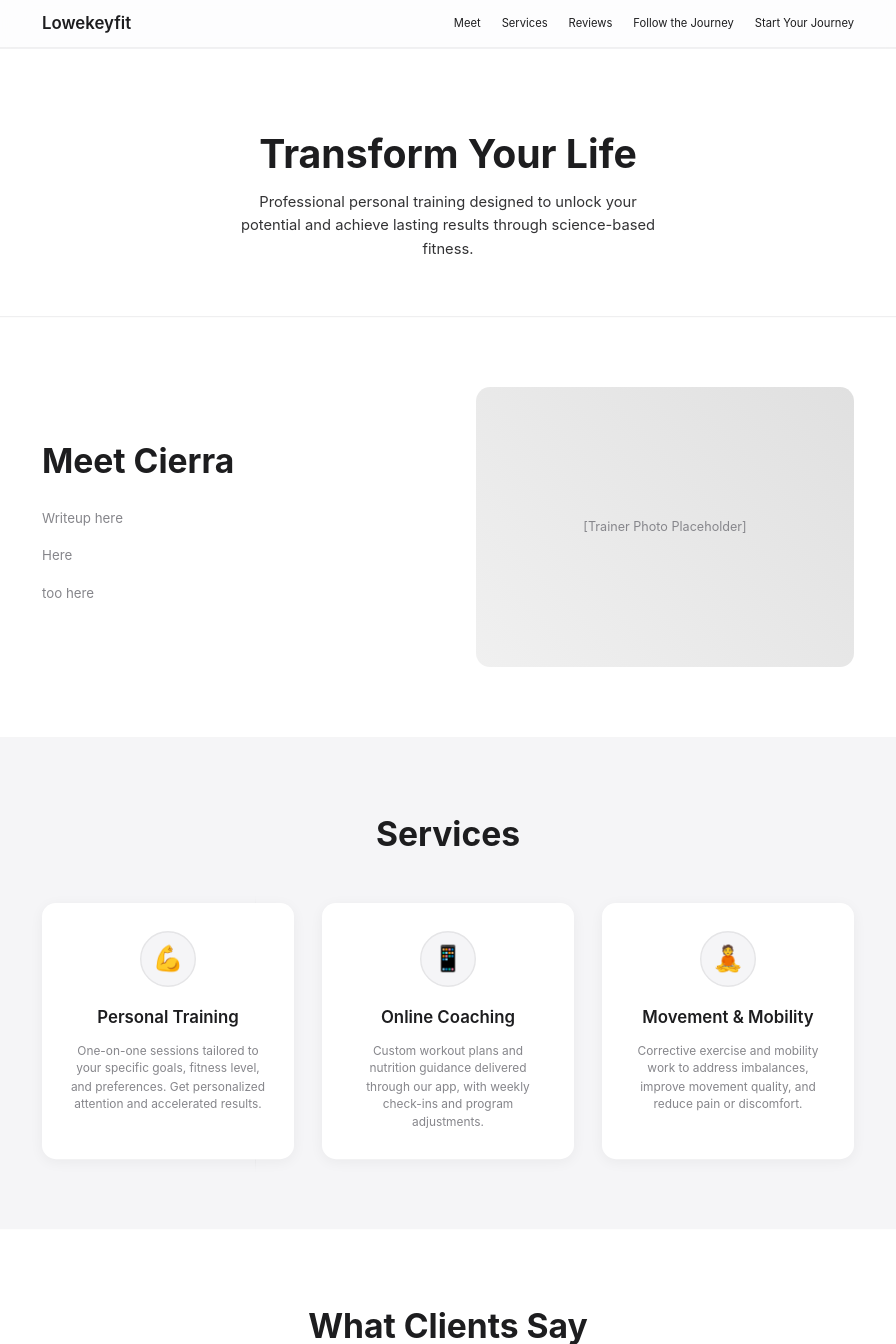
Repository: Hinuix/Ear-Website
Page: index.html
These files come from the project's save history. The page is drawn as it stood at one moment and after the next save; the edit follows.
The browser window is 1280 px wide. The pictures show the part of the page from y = 0 to 1920 px (the page is 4317 px tall), at 70% of full size.

Above is the page before, as saved 2025-08-10 12:14:50.

### index.html
<!DOCTYPE html>
<html lang="en">
<head>
    <meta charset="UTF-8">
    <meta name="viewport" content="width=device-width, initial-scale=1.0">
    <title>Alex Cooper - Personal Training</title>
    <style>
        * {
            margin: 0;
            padding: 0;
            box-sizing: border-box;
        }

        body {
            font-family: -apple-system, BlinkMacSystemFont, 'Segoe UI', Roboto, sans-serif;
            line-height: 1.6;
            color: #1d1d1f;
            background: #f5f5f7;
        }

        .container {
            max-width: 1200px;
            margin: 0 auto;
            padding: 0 20px;
        }

        /* Header */
        header {
            background: rgba(255, 255, 255, 0.8);
            backdrop-filter: blur(20px);
            position: fixed;
            top: 0;
            width: 100%;
            z-index: 1000;
            border-bottom: 1px solid rgba(0, 0, 0, 0.1);
        }

        nav {
            display: flex;
            justify-content: space-between;
            align-items: center;
            padding: 15px 20px;
            max-width: 1200px;
            margin: 0 auto;
        }

        .logo {
            font-size: 24px;
            font-weight: 600;
            color: #1d1d1f;
        }

        .nav-links {
            display: flex;
            list-style: none;
            gap: 30px;
        }

        .nav-links a {
            text-decoration: none;
            color: #1d1d1f;
            font-weight: 400;
            transition: color 0.3s ease;
        }

        .nav-links a:hover {
            color: #86868b;
        }

        /* Hero Section */
        .hero {
            background: white;
            color: #1d1d1f;
            text-align: center;
            padding: 120px 0 80px;
            margin-top: 70px;
            border-bottom: 1px solid #e5e5e7;
        }

        .hero h1 {
            font-size: 56px;
            font-weight: 700;
            margin-bottom: 20px;
            line-height: 1.1;
        }

        .hero p {
            font-size: 21px;
            font-weight: 400;
            opacity: 0.9;
            max-width: 600px;
            margin: 0 auto;
        }

        /* About Section */
        .about {
            padding: 100px 0;
            background: white;
        }

        .about-content {
            display: grid;
            grid-template-columns: 1fr 1fr;
            gap: 80px;
            align-items: center;
        }

        .about-text h2 {
            font-size: 48px;
            font-weight: 700;
            margin-bottom: 30px;
            color: #1d1d1f;
        }

        .about-text p {
            font-size: 19px;
            color: #86868b;
            margin-bottom: 25px;
            line-height: 1.5;
        }

        .about-image {
            background: linear-gradient(45deg, #f0f0f0, #e0e0e0);
            height: 400px;
            border-radius: 20px;
            display: flex;
            align-items: center;
            justify-content: center;
            font-size: 18px;
            color: #86868b;
        }

        /* Services Section */
        .services {
            padding: 100px 0;
            background: #f5f5f7;
        }

        .services h2 {
            text-align: center;
            font-size: 48px;
            font-weight: 700;
            margin-bottom: 60px;
            color: #1d1d1f;
        }

        .services-grid {
            display: grid;
            grid-template-columns: repeat(auto-fit, minmax(300px, 1fr));
            gap: 40px;
        }

        .service-card {
            background: white;
            padding: 40px;
            border-radius: 20px;
            text-align: center;
            box-shadow: 0 4px 20px rgba(0, 0, 0, 0.05);
            transition: transform 0.3s ease, box-shadow 0.3s ease;
        }

        .service-card:hover {
            transform: translateY(-5px);
            box-shadow: 0 8px 30px rgba(0, 0, 0, 0.1);
        }

        .service-icon {
            width: 80px;
            height: 80px;
            background: #f5f5f7;
            border: 2px solid #e5e5e7;
            border-radius: 50%;
            display: flex;
            align-items: center;
            justify-content: center;
            margin: 0 auto 25px;
            font-size: 36px;
            color: #1d1d1f;
        }

        .service-card h3 {
            font-size: 24px;
            font-weight: 600;
            margin-bottom: 15px;
            color: #1d1d1f;
        }

        .service-card p {
            font-size: 17px;
            color: #86868b;
            line-height: 1.5;
        }

        /* Testimonials Section */
        .testimonials {
            padding: 100px 0;
            background: white;
        }

        .testimonials h2 {
            text-align: center;
            font-size: 48px;
            font-weight: 700;
            margin-bottom: 60px;
            color: #1d1d1f;
        }

        .testimonials-grid {
            display: grid;
            grid-template-columns: repeat(auto-fit, minmax(350px, 1fr));
            gap: 40px;
        }

        .testimonial-card {
            background: #f5f5f7;
            padding: 40px;
            border-radius: 20px;
            text-align: center;
            transition: transform 0.3s ease;
        }

        .testimonial-card:hover {
            transform: translateY(-5px);
        }

        .stars {
            font-size: 24px;
            color: #ffcc02;
            margin-bottom: 20px;
        }

        .testimonial-card p {
            font-size: 18px;
            color: #1d1d1f;
            font-style: italic;
            line-height: 1.6;
            margin-bottom: 25px;
        }

        .testimonial-author {
            border-top: 1px solid #e5e5e7;
            padding-top: 20px;
        }

        .testimonial-author strong {
            display: block;
            font-size: 17px;
            color: #1d1d1f;
            margin-bottom: 5px;
        }

        .testimonial-author span {
            font-size: 15px;
            color: #86868b;
        }

        /* Contact Section */
        .contact {
            padding: 100px 0;
            background: white;
        }

        .contact h2 {
            text-align: center;
            font-size: 48px;
            font-weight: 700;
            margin-bottom: 20px;
            color: #1d1d1f;
        }

        .contact-subtitle {
            text-align: center;
            font-size: 21px;
            color: #86868b;
            margin-bottom: 60px;
        }

        .contact-form {
            max-width: 600px;
            margin: 0 auto;
        }

        .form-group {
            margin-bottom: 30px;
        }

        .form-group label {
            display: block;
            font-size: 17px;
            font-weight: 600;
            color: #1d1d1f;
            margin-bottom: 8px;
        }

        .form-group input,
        .form-group textarea {
            width: 100%;
            padding: 15px 20px;
            border: 1px solid #d2d2d7;
            border-radius: 12px;
            font-size: 17px;
            font-family: inherit;
            transition: border-color 0.3s ease, box-shadow 0.3s ease;
            background: #fbfbfd;
        }

        .form-group input:focus,
        .form-group textarea:focus {
            outline: none;
            border-color: #86868b;
            box-shadow: 0 0 0 3px rgba(134, 134, 139, 0.1);
        }

        .form-group textarea {
            height: 120px;
            resize: vertical;
        }

        .submit-btn {
            background: #1d1d1f;
            color: white;
            border: none;
            padding: 15px 40px;
            border-radius: 12px;
            font-size: 17px;
            font-weight: 600;
            cursor: pointer;
            transition: transform 0.2s ease, box-shadow 0.3s ease;
            width: 100%;
        }

        .submit-btn:hover {
            transform: translateY(-2px);
            box-shadow: 0 8px 25px rgba(29, 29, 31, 0.2);
        }

        /* Instagram Section */
        .instagram {
            padding: 100px 0;
            background: #f5f5f7;
        }

        .instagram h2 {
            text-align: center;
            font-size: 48px;
            font-weight: 700;
            margin-bottom: 60px;
            color: #1d1d1f;
        }

        .instagram-scroll {
            display: flex;
            gap: 20px;
            overflow-x: auto;
            padding: 20px 0;
            scroll-behavior: smooth;
        }

        .instagram-scroll::-webkit-scrollbar {
            height: 8px;
        }

        .instagram-scroll::-webkit-scrollbar-track {
            background: #e5e5e7;
            border-radius: 4px;
        }

        .instagram-scroll::-webkit-scrollbar-thumb {
            background: #d2d2d7;
            border-radius: 4px;
        }

        .instagram-scroll::-webkit-scrollbar-thumb:hover {
            background: #b0b0b0;
        }

        .instagram-post {
            min-width: 300px;
            height: 300px;
            background: white;
            border-radius: 20px;
            overflow: hidden;
            box-shadow: 0 4px 20px rgba(0, 0, 0, 0.05);
            transition: transform 0.3s ease;
            cursor: pointer;
        }

        .instagram-post:hover {
            transform: scale(1.05);
        }

        .instagram-post img {
            width: 100%;
            height: 100%;
            object-fit: cover;
        }

        /* Footer */
        footer {
            background: #1d1d1f;
            color: white;
            text-align: center;
            padding: 60px 0;
        }

        footer p {
            font-size: 17px;
            opacity: 0.8;
        }

        /* Responsive */
        @media (max-width: 768px) {
            .nav-links {
                display: none;
            }

            .hero h1 {
                font-size: 40px;
            }

            .hero p {
                font-size: 19px;
            }

            .about-content {
                grid-template-columns: 1fr;
                gap: 40px;
            }

            .about h2,
            .services h2,
            .contact h2,
            .instagram h2 {
                font-size: 36px;
            }

            .services-grid {
                grid-template-columns: 1fr;
            }

            .instagram-post {
                min-width: 250px;
                height: 250px;
            }
        }

        /* Animations */
        @keyframes fadeInUp {
            from {
                opacity: 0;
                transform: translateY(30px);
            }
            to {
                opacity: 1;
                transform: translateY(0);
            }
        }

        .fade-in {
            animation: fadeInUp 0.8s ease-out;
        }

        /* Smooth scrolling */
        html {
            scroll-behavior: smooth;
        }
    </style>
</head>
<body>
    <!-- Header -->
    <header>
        <nav>
            <div class="logo">Lowekeyfit</div>
            <ul class="nav-links">
                <li><a href="#about">Meet</a></li>
                <li><a href="#services">Services</a></li>
                <li><a href="#testimonials">Reviews</a></li>
                <li><a href="#instagram">Follow the Journey</a></li>
                <li><a href="#contact">Start Your Journey</a></li>
            </ul>
        </nav>
    </header>

    <!-- Hero Section -->
    <section class="hero">
        <div class="container">
            <h1>Transform Your Life</h1>
            <p>Professional personal training designed to unlock your potential and achieve lasting results through science-based fitness.</p>
        </div>
    </section>

    <!-- About Section -->
    <section class="about" id="about">
        <div class="container">
            <div class="about-content">
                <div class="about-text fade-in">
                    <h2>Meet Cierra</h2>
                    <p>Writeup here</p>
                    <p>Here</p>
                    <p>too here</p>
                </div>
                <div class="about-image">
                    [Trainer Photo Placeholder]
                </div>
            </div>
        </div>
    </section>

    <!-- Services Section -->
    <section class="services" id="services">
        <div class="container">
            <h2>Services</h2>
            <div class="services-grid">
                <div class="service-card fade-in">
                    <div class="service-icon">💪</div>
                    <h3>Personal Training</h3>
                    <p>One-on-one sessions tailored to your specific goals, fitness level, and preferences. Get personalized attention and accelerated results.</p>
                </div>
                <div class="service-card fade-in">
                    <div class="service-icon">📱</div>
                    <h3>Online Coaching</h3>
                    <p>Custom workout plans and nutrition guidance delivered through our app, with weekly check-ins and program adjustments.</p>
                </div>
                <div class="service-card fade-in">
                    <div class="service-icon">🧘</div>
                    <h3>Movement & Mobility</h3>
                    <p>Corrective exercise and mobility work to address imbalances, improve movement quality, and reduce pain or discomfort.</p>
                </div>
            </div>
        </div>
    </section>

    <!-- Testimonials Section -->
    <section class="testimonials" id="testimonials">
        <div class="container">
            <h2>What Clients Say</h2>
            <div class="testimonials-grid">
                <div class="testimonial-card fade-in">
                    <div class="stars">★★★★★</div>
                    <p>"Alex completely transformed my approach to fitness. In just 6 months, I've gained strength I never thought possible and feel more confident than ever."</p>
                    <div class="testimonial-author">
                        <strong>Sarah M.</strong>
                        <span>Marketing Director</span>
                    </div>
                </div>
                <div class="testimonial-card fade-in">
                    <div class="stars">★★★★★</div>
                    <p>"The personalized training plans and constant support made all the difference. Alex truly cares about your success and adapts everything to your needs."</p>
                    <div class="testimonial-author">
                        <strong>Mike R.</strong>
                        <span>Business Owner</span>
                    </div>
                </div>
                <div class="testimonial-card fade-in">
                    <div class="stars">★★★★★</div>
                    <p>"Working with Alex has been life-changing. Not just physically, but mentally too. The confidence and energy I've gained extends to every area of my life."</p>
                    <div class="testimonial-author">
                        <strong>Jennifer L.</strong>
                        <span>Teacher</span>
                    </div>
                </div>
            </div>
        </div>
    </section>

    <!-- Instagram Section -->
    <section class="instagram" id="instagram">
        <div class="container">
            <h2>Follow the Journey</h2>
            <div class="instagram-scroll" id="instagramFeed">
                <!-- Instagram posts will be loaded here -->
            </div>
        </div>
    </section>

    <!-- Contact Section -->
    <section class="contact" id="contact">
        <div class="container">
            <h2>Start Your Journey</h2>
            <p class="contact-subtitle">Ready to take the first step? Let's discuss your goals and create a plan that works for you.</p>
            <form class="contact-form" id="contactForm">
                <div class="form-group">
                    <label for="name">Name</label>
                    <input type="text" id="name" name="name" required>
                </div>
                <div class="form-group">
                    <label for="email">Email</label>
                    <input type="email" id="email" name="email" required>
                </div>
                <div class="form-group">
                    <label for="phone">Phone</label>
                    <input type="tel" id="phone" name="phone">
                </div>
                <div class="form-group">
                    <label for="goals">Your Fitness Goals</label>
                    <textarea id="goals" name="goals" placeholder="Tell me about what you'd like to achieve..."></textarea>
                </div>
                <button type="submit" class="submit-btn">Get Started</button>
            </form>
        </div>
    </section>

    <!-- Footer -->
    <footer>
        <div class="container">
            <p>&copy; 2025 Alex Cooper Fitness. Transforming lives through fitness.</p>
        </div>
    </footer>

    <script>
        // Smooth scrolling for navigation links
        document.querySelectorAll('a[href^="#"]').forEach(anchor => {
            anchor.addEventListener('click', function (e) {
                e.preventDefault();
                const target = document.querySelector(this.getAttribute('href'));
                if (target) {
                    target.scrollIntoView({
                        behavior: 'smooth',
                        block: 'start'
                    });
                }
            });
        });

        // Form submission
        document.getElementById('contactForm').addEventListener('submit', function(e) {
            e.preventDefault();

            // Get form data
            const formData = new FormData(this);
            const data = Object.fromEntries(formData);

            // Simple validation
            if (!data.name || !data.email) {
                alert('Please fill in your name and email.');
                return;
            }

            // Simulate form submission
            alert('Thank you for your interest! I\'ll get back to you within 24 hours.');
            this.reset();
        });

        // Instagram feed simulation with sample fitness images
        const instagramPosts = [
            {
                id: 1,
                image: 'https://images.unsplash.com/photo-1571019613454-1cb2f99b2d8b?w=300&h=300&fit=crop&crop=center',
                alt: 'Workout session'
            },
            {
                id: 2,
                image: 'https://images.unsplash.com/photo-1581009146145-b5ef050c2e1e?w=300&h=300&fit=crop&crop=center',
                alt: 'Gym training'
            },
            {
                id: 3,
                image: 'https://images.unsplash.com/photo-1534438327276-14e5300c3a48?w=300&h=300&fit=crop&crop=center',
                alt: 'Fitness motivation'
            },
            {
                id: 4,
                image: 'https://images.unsplash.com/photo-1517836357463-d25dfeac3438?w=300&h=300&fit=crop&crop=center',
                alt: 'Gym equipment'
            },
            {
                id: 5,
                image: 'https://images.unsplash.com/photo-1583454110551-21f2fa2afe61?w=300&h=300&fit=crop&crop=center',
                alt: 'Personal training'
            },
            {
                id: 6,
                image: 'https://images.unsplash.com/photo-1550345332-09e3ac987658?w=300&h=300&fit=crop&crop=center',
                alt: 'Fitness lifestyle'
            },
            {
                id: 7,
                image: 'https://images.unsplash.com/photo-1571019613454-1cb2f99b2d8b?w=300&h=300&fit=crop&crop=center',
                alt: 'Training session'
            },
            {
                id: 8,
                image: 'https://images.unsplash.com/photo-1506629905607-c8bb1ee42cc6?w=300&h=300&fit=crop&crop=center',
                alt: 'Outdoor fitness'
            }
        ];

        // Load Instagram posts
        function loadInstagramPosts() {
            const instagramFeed = document.getElementById('instagramFeed');

            instagramPosts.forEach(post => {
                const postElement = document.createElement('div');
                postElement.className = 'instagram-post';
                postElement.innerHTML = `<img src="${post.image}" alt="${post.alt}" loading="lazy">`;

                // Add click handler to simulate Instagram link
                postElement.addEventListener('click', () => {
                    window.open('https://instagram.com', '_blank');
                });

                instagramFeed.appendChild(postElement);
            });
        }

        // Intersection Observer for fade-in animations
        const observerOptions = {
            threshold: 0.1,
            rootMargin: '0px 0px -50px 0px'
        };

        const observer = new IntersectionObserver((entries) => {
            entries.forEach(entry => {
                if (entry.isIntersecting) {
                    entry.target.style.opacity = '1';
                    entry.target.style.transform = 'translateY(0)';
                }
            });
        }, observerOptions);

        // Initialize when page loads
        document.addEventListener('DOMContentLoaded', function() {
            loadInstagramPosts();

            // Observe fade-in elements
            document.querySelectorAll('.fade-in').forEach(el => {
                el.style.opacity = '0';
                el.style.transform = 'translateY(30px)';
                el.style.transition = 'opacity 0.8s ease, transform 0.8s ease';
                observer.observe(el);
            });
        });

        // Parallax effect for hero section
        window.addEventListener('scroll', () => {
            const scrolled = window.pageYOffset;
            const hero = document.querySelector('.hero');
            if (hero) {
                hero.style.transform = `translateY(${scrolled * 0.5}px)`;
            }
        });
    </script>
</body>
</html>

After the next save:
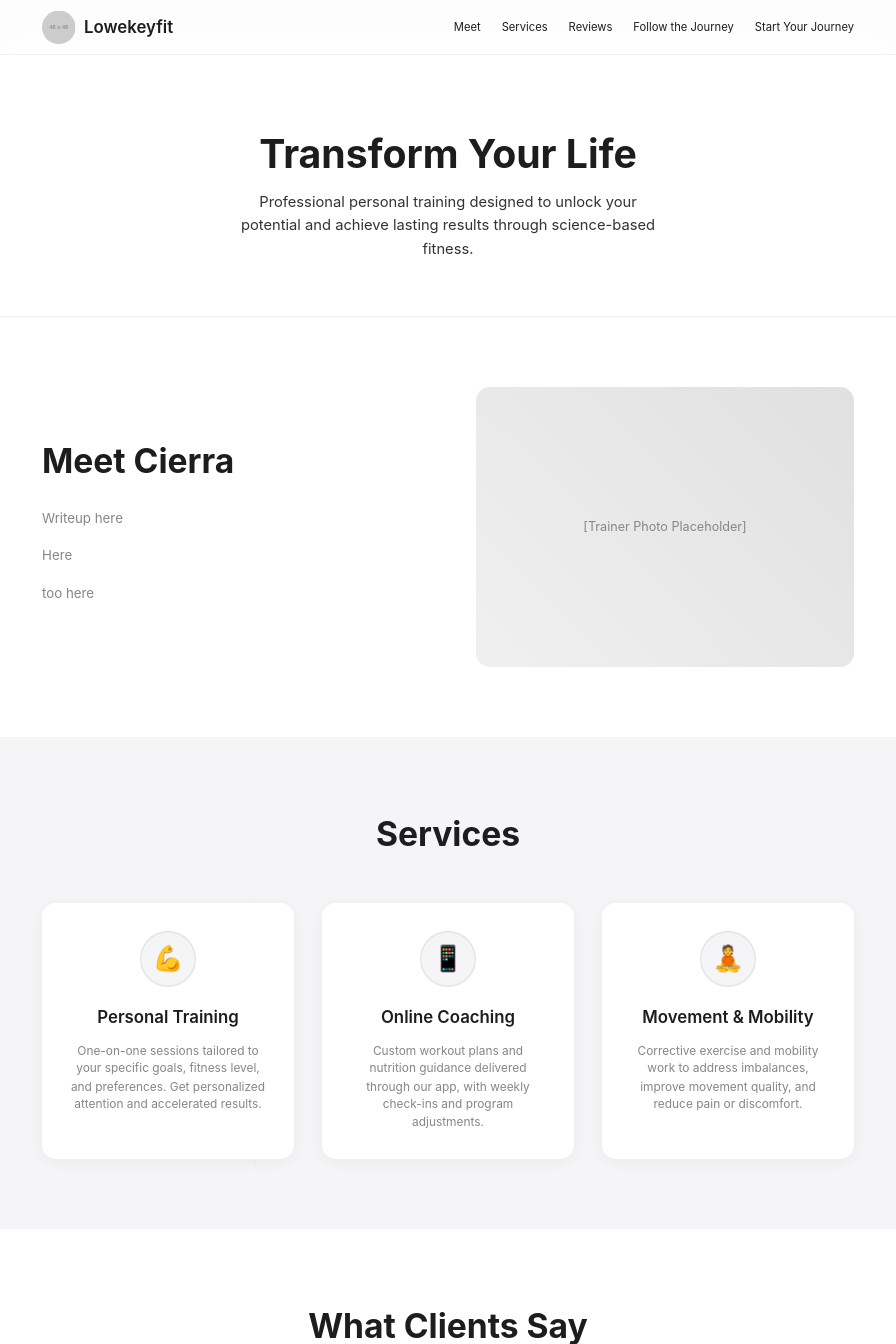
Saved 91 s later.
--- a/index.html
+++ b/index.html
@@ -470,7 +470,10 @@
     <!-- Header -->
     <header>
         <nav>
-            <div class="logo">Lowekeyfit</div>
+            <div class="logo" style="display: flex; align-items: center; gap: 12px;">
+                <img src="https://via.placeholder.com/48x48.png?text=Logo" alt="Lowekeyfit Logo" style="height:48px;width:48px;border-radius:50%;object-fit:cover;">
+                <span>Lowekeyfit</span>
+            </div>
             <ul class="nav-links">
                 <li><a href="#about">Meet</a></li>
                 <li><a href="#services">Services</a></li>
